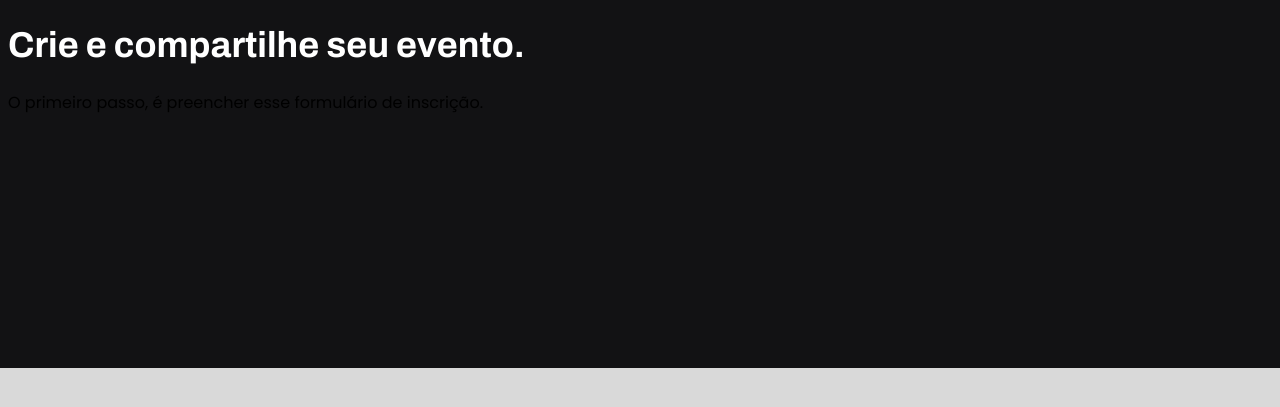
Repository: devMuriloOliveira/Formulario
Page: index.html
The author's editor kept a copy of each file at every save. The page is drawn from the files as they stood at one save, then again after the next save.
The browser window is 1280 px wide. The pictures show the whole page.

Above is the page before, as saved 2023-10-30 19:33:46.

### index.html
<!DOCTYPE html>
<html lang="en">
  <head>
    <link rel="preconnect" href="https://fonts.googleapis.com" />
    <link rel="preconnect" href="https://fonts.gstatic.com" crossorigin />
    <meta charset="UTF-8" />
    <meta name="viewport" content="width=device-width, initial-scale=1.0" />
    <title>Crie seu evento</title>
    <link rel="stylesheet" href="style.css" />

    <link
      href="https://fonts.googleapis.com/css2?family=Archivo:wght@600;700&family=Poppins&display=swap"
      rel="stylesheet"
    />
  </head>
  <body>
    <header>
      <h1>Crie e compartilhe seu evento.</h1>
      <p>O primeiro passo, é preencher esse formulário de inscrição.</p>
    </header>

    <form action=""></form>
  </body>
</html>

### style.css
h1{
  font-family: 'Archivo', sans-serif;
  font-weight: bold;

  font-size: 36px;
  line-height: 42px;
  color: white;
}

body{
  font-family: 'Poppins', sans-serif;
  background-color: #D9D9D9;
}

body::before{
  content: '';
  width: 100%;
  height: 368px;

  position: absolute;
  top: 0;
  left: 0;
  z-index: -1;
  background: #121214;
}

After the next save:
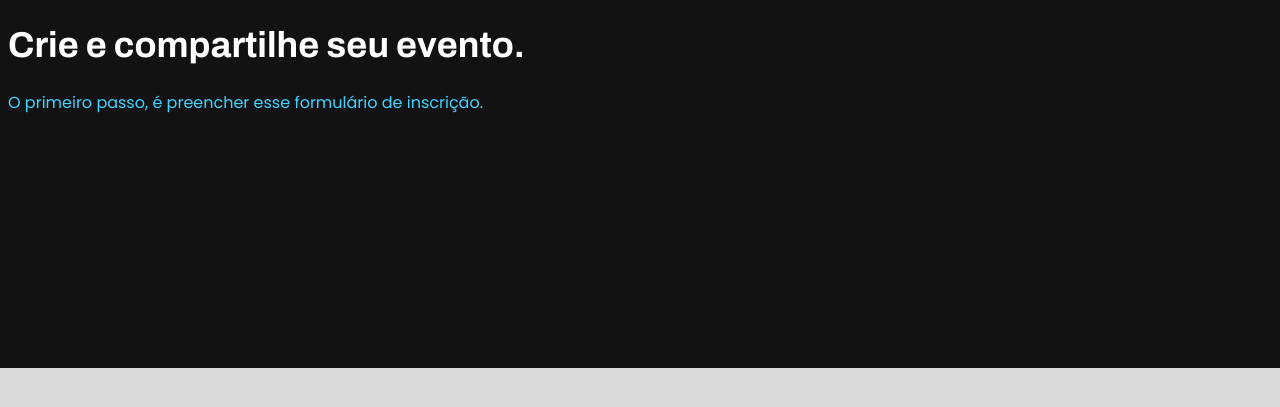
Saved 67 s later.
--- a/style.css
+++ b/style.css
@@ -5,6 +5,15 @@ h1{
   font-size: 36px;
   line-height: 42px;
   color: white;
+}
+
+p{
+  color: #42D3FF;
+font-family: Poppins;
+font-size: 16px;
+font-style: normal;
+font-weight: 400;
+line-height: 26px; /* 162.5% */
 }
 
 body{
